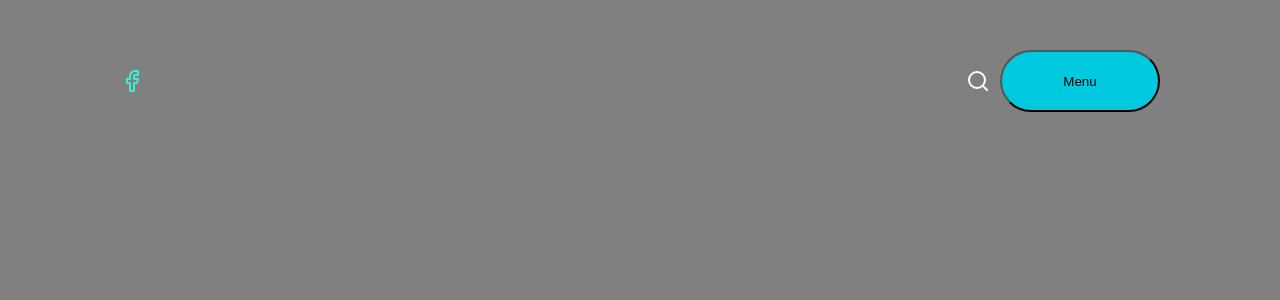
Repository: Silva-jr/night-trip
Page: index.html
An editor plug-in stored every save of this project. The page is shown before and after the next save, followed by the edit.
The browser window is 1280 px wide. The pictures show the whole page.

Above is the page before, as saved 2021-07-20 23:00:33.

### index.html
<!DOCTYPE html>
<html lang="en">

    <head>
        <meta charset="UTF-8">
        <meta http-equiv="X-UA-Compatible" content="IE=edge">
        <meta name="viewport" content="width=device-width, initial-scale=1.0">
        <link rel="stylesheet" href="style/style.css">
        <title>Document</title>
    </head>

    <body>
        <div class="container">
            <section class="app-content">
                <header class="header">
                        <div class="logo">
                            <img src="./assets/facebook 1.svg" alt="">
                        </div>
                        <div class="menu">
                            <img src="./assets/search 1.svg" alt="">
                            <button>Menu</button>
                        </div>
                </header>
            </section>
        </div>
    </body>

</html>

### style/style.css

* {
  box-sizing: border-box;
  margin: 0;
  padding: 0;
}

html {
  height: 100%; /* fix height to 100% for IE */
  max-height: 100%; /* fix height for other browsers */
  /*overflow:hidden; /*get rid of scroll bars in IE */
  overflow-x: hidden;
  transition: 0.3s;
}

html,
body {
  scroll-behavior: smooth;
  height: 100%;
  max-height: 100%;
  height: 100vh;
  font-size: 62.5%;
  font-family: "Roboto", sans-serif;
  background-color: grey;
}

body {
  overflow: hidden;
  font-family: "Poppins", sans-serif;
  background-color: var(--background-color);
  -webkit-font-smoothing: antialiased;
  -moz-osx-font-smoothing: grayscale;
}

a {
  text-decoration: none;
}

.container{
    width: 100%;
    margin: 0 auto;
    max-width: 1140px;
    padding: 5rem;
}

.app-content{
    width: 100%;
    height: auto;
    margin: 0 auto;
}

.header{
    width: 100%;
    height: auto;
    display: flex;
    align-items: center;
    justify-content: space-between;
}

.menu{
    display: flex;
}

.menu img{
    margin-right: 1rem;
}

.menu button{
    background-color: #00C9E0;
    width: 16rem;
    height: 6.2rem;
    border-radius: 4rem;
}

After the next save:
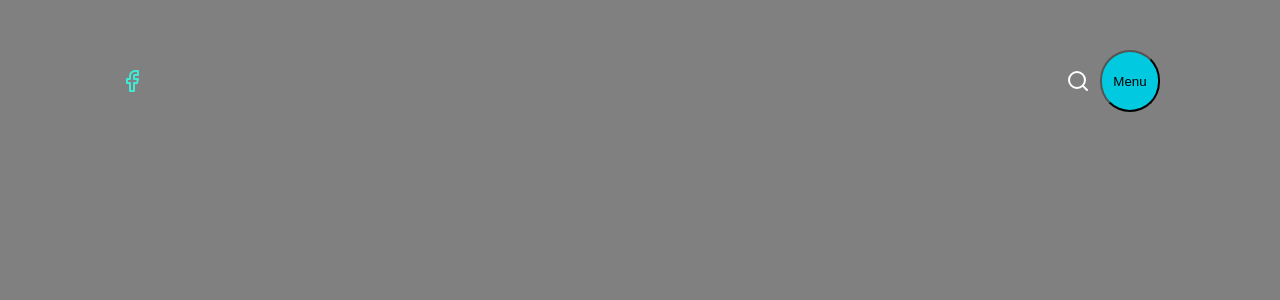
Saved 10 s later.
--- a/style/style.css
+++ b/style/style.css
@@ -67,7 +67,7 @@ a {
 
 .menu button{
     background-color: #00C9E0;
-    width: 16rem;
+    width: 6rem;
     height: 6.2rem;
     border-radius: 4rem;
 }
